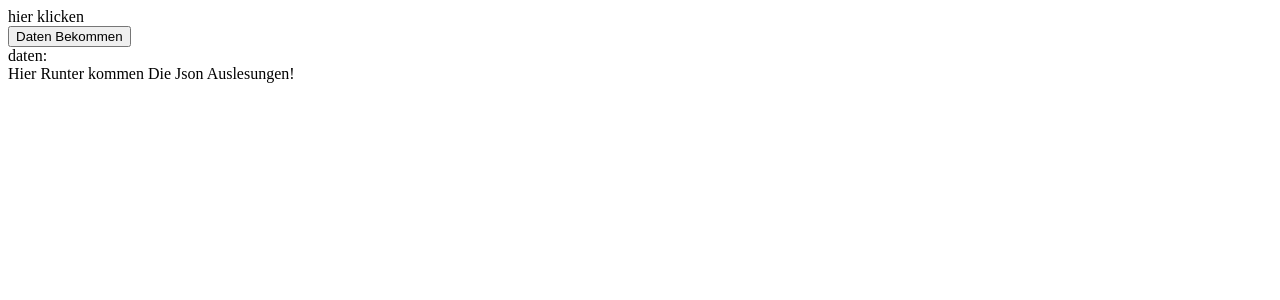
Repository: BKMaster94/Proggen_testat_2
Page: Proggen_testat_2/HTML/test.html
An editor plug-in stored every save of this project. The page is shown before and after the next save, followed by the edit.
The browser window is 1280 px wide. The pictures show the whole page.
Some web libraries are served in a nearby version.

Above is the page before, as saved 2017-06-13 18:54:18.

After the next save:
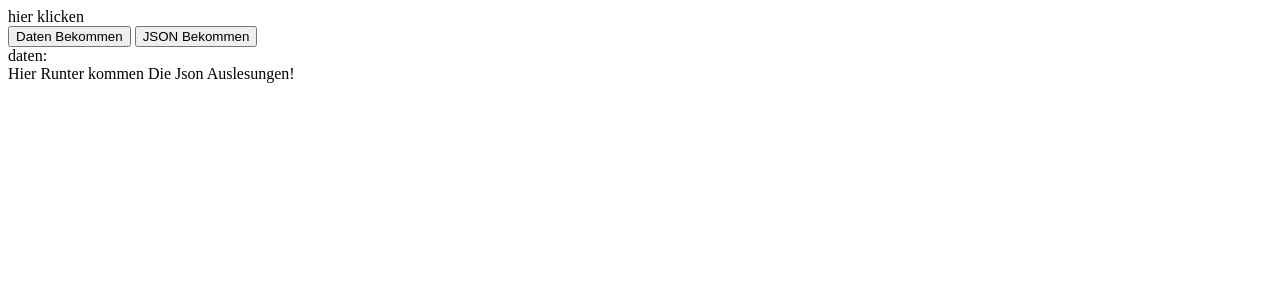
Saved 29 s later.
--- a/Proggen_testat_2/HTML/test.html
+++ b/Proggen_testat_2/HTML/test.html
@@ -6,6 +6,7 @@
 <body>
 	<div id="target">hier klicken</div>
 	<button id="butt">Daten Bekommen</button>
+	<button id="jsonClick">JSON Bekommen</button>
 	<div id="ziel">daten: </div>
 	<div>
 	Hier Runter kommen Die Json Auslesungen!
